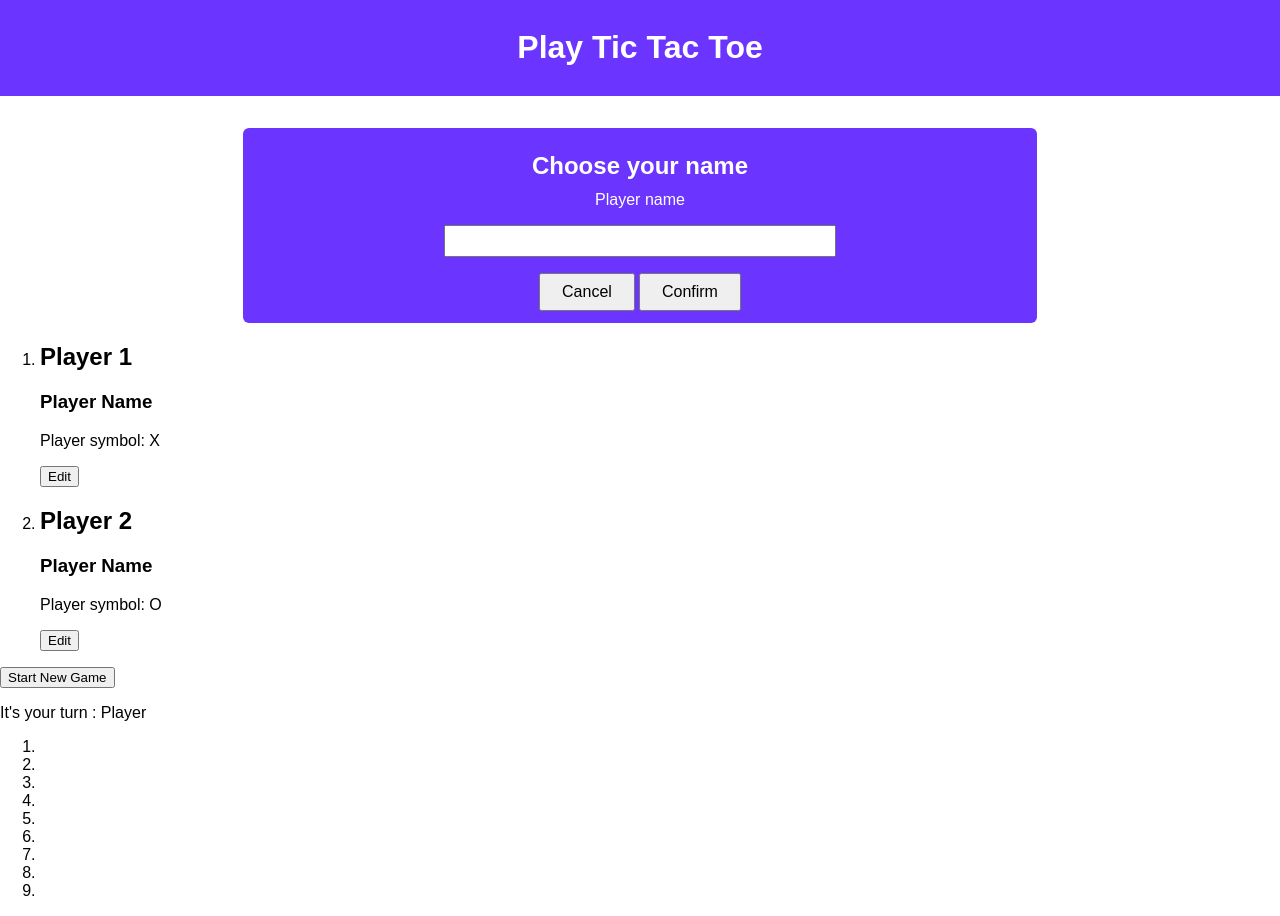
Repository: Harjot00/Wevdev
Page: Tic tac toe/index.html
An editor plug-in stored every save of this project. The page is shown before and after the next save, followed by the edit.
The browser window is 1280 px wide. The pictures show the whole page.
The pointer rests on the first visible `#btn-div button`.
Some web fonts or font styles are not loaded; a fallback is used.

Above is the page before, as saved 2022-05-21 00:15:47.

### Tic tac toe/index.html
<!DOCTYPE html>
<html lang="en">
<head>
    <meta charset="UTF-8">
    <meta http-equiv="X-UA-Compatible" content="IE=edge">
    <meta name="viewport" content="width=device-width, initial-scale=1.0">
    <link rel="stylesheet" href="styles.css">
    <link href="https://fonts.googleapis.com/css2?family=Roboto:wght@100&family=Send+Flowers&display=swap" rel="stylesheet">
    <title>Tic Tac Toe</title>

</head>
<body>
    <header>
        <h1>Play Tic Tac Toe</h1>

    </header>
    <main>
        <aside>
            <h2>Choose your name</h2>
            <form >
                <div>
                    <label for = "playername">Player name</label>
                    <input type="text" name="username" id="username"/>

                </div>
                <div id = "btn-div">
                    <button type="button"> Cancel</button>
                    <button type="submit">Confirm</button>
                </div>
            </form>
        </aside>
        <div id="gamestyle">
            <ol>
                <li>
                    <h2>Player 1</h2>
                    <h3>Player Name</h3>
                    <p>Player symbol: X</p>
                    <button>Edit</button>
                </li>
                <li>
                    <h2>Player 2</h2>
                    <h3>Player Name</h3>
                    <p>Player symbol: O</p>
                    <button>Edit</button>
                </li>
            </ol>
            <button>Start New Game</button>
        </div>
         <section id="active-game">
             <p>It's your turn : Player</p>
             <ol>
                 <li></li>
                 <li></li>
                 <li></li>
                 <li></li>
                 <li></li>
                 <li></li>
                 <li></li>
                 <li></li>
                 <li></li>
             </ol>
         </section>
    </main>

</body>
</html>

### Tic tac toe/styles.css
@import url('https://fonts.googleapis.com/css2?family=Roboto:wght@100&family=Send+Flowers&display=swap');
body{
    font-family: 'Montserrat', sans-serif;
    margin: 0;
    padding: 0;
}
header{
    background-color: #6b35ff;
    margin:0 0 2rem 0;
    padding: 0.5rem 0;
    color:white;
    text-align: center;
}
aside {
    text-align: center;
    margin:1rem auto;
    width:60vw;
    color:white;
    padding:0.8rem;
    background-color:#6b35ff;
    overflow: wrapped;
    border-radius: 6px;
}
aside h2{
    margin:0.7rem 0;
}
aside input {
    display:block;
    margin:1rem auto;
    height:1.6rem;
    width:50%;
}
#btn-div button{
    padding:0.5rem 1.3rem;
    font-size:1rem;



}

After the next save:
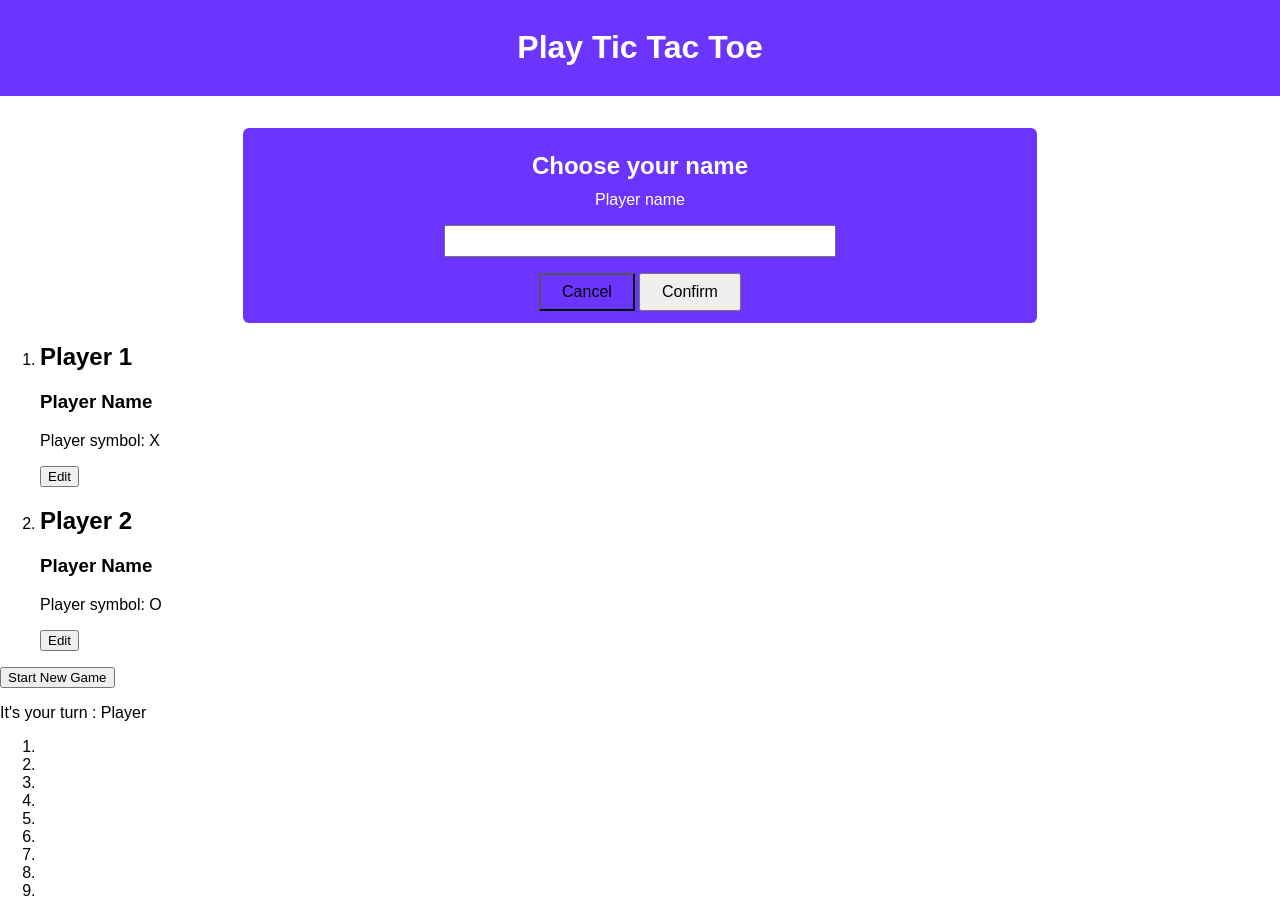
Saved 71 s later.
--- a/Tic tac toe/styles.css
+++ b/Tic tac toe/styles.css
@@ -33,7 +33,7 @@ aside input {
 #btn-div button{
     padding:0.5rem 1.3rem;
     font-size:1rem;
-
-
-
 }
+#btn-div button:hover{
+    background-color: #6b35ff;
+}
